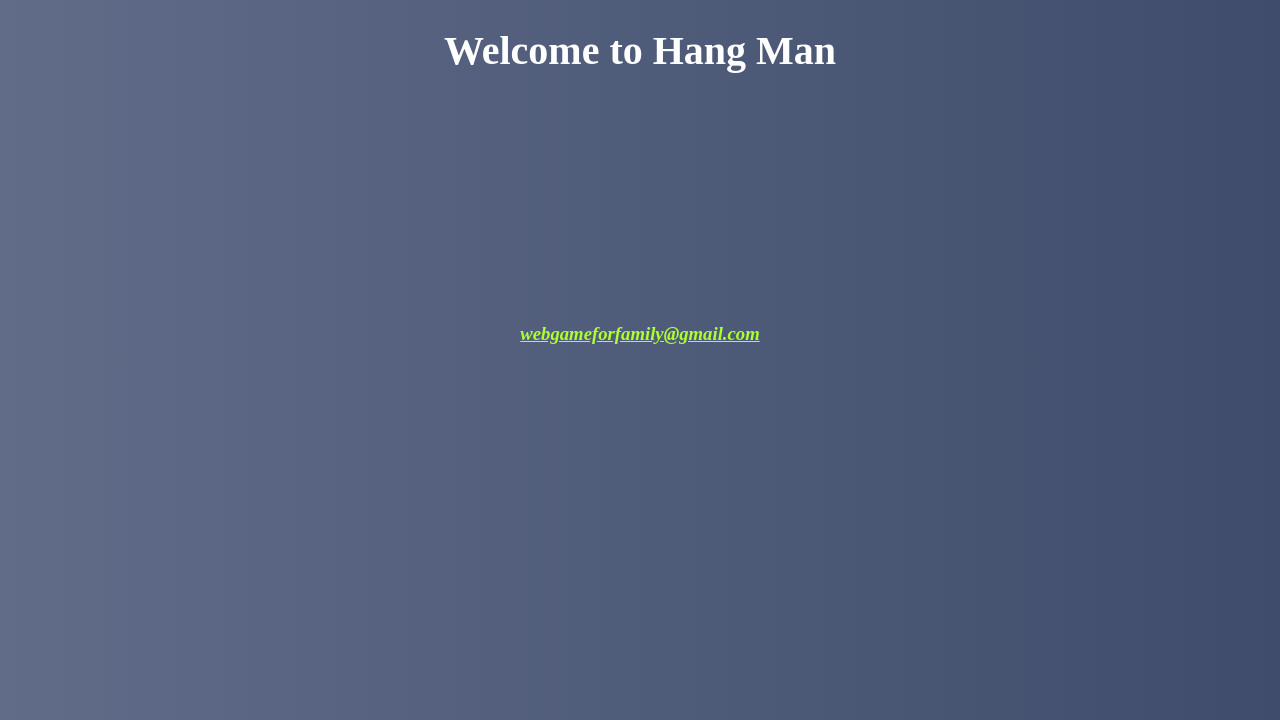
Repository: Darkingfired/Game
Page: hangman.html
The author's editor kept a copy of each file at every save. The page is drawn from the files as they stood at one save, then again after the next save.
The browser window is 1280 px wide. The pictures show the whole page.

Above is the page before, as saved 2022-11-12 20:42:08.
Console error: ReferenceError: Cannot access 'context' before initialization

After the next save:
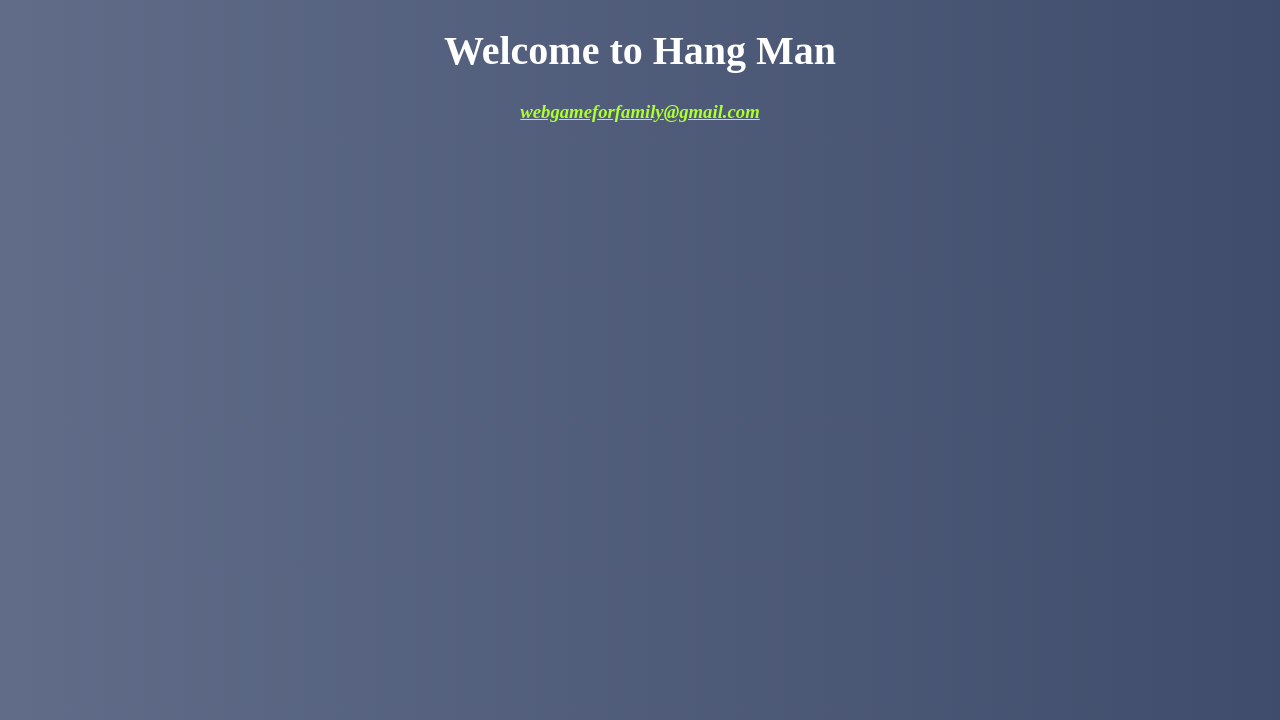
Saved 5 s later.
--- a/hangman.html
+++ b/hangman.html
@@ -16,7 +16,7 @@
     <div>
         <h1>Welcome to Hang Man</h1>
         <!-- <canvas id="myCanvas"></canvas> -->
-        <canvas id="my-canvas" width="400px" height="200px"></canvas>
+        <!-- <canvas id="my-canvas" width="400px" height="200px"></canvas> -->
         <!-- <img id="myImage" src="./hangman copy.jpg" height="25px", width="25px"/> -->
 
          <!-- <script>
